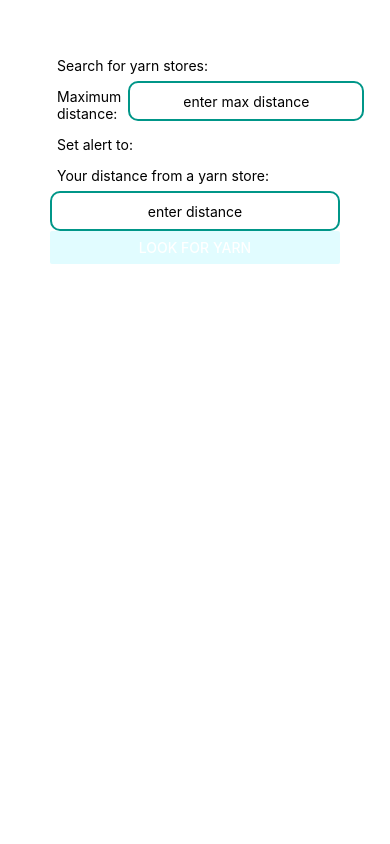
Repository: anuslorah/StashEnhancer
Screen: / (app in StashEnhancer1/)
An editor plug-in stored every save of this project. The screen is shown before and after a run of saves, followed by the edit.
The app was drawn by React Native's web renderer in a window 390 px wide. The project was rebuilt for these pictures with package versions that can differ from the ones it lists, and the page was loaded fresh each time.

Above is the screen before, as saved 2019-06-27 18:22:19.

After the next 2 saves:
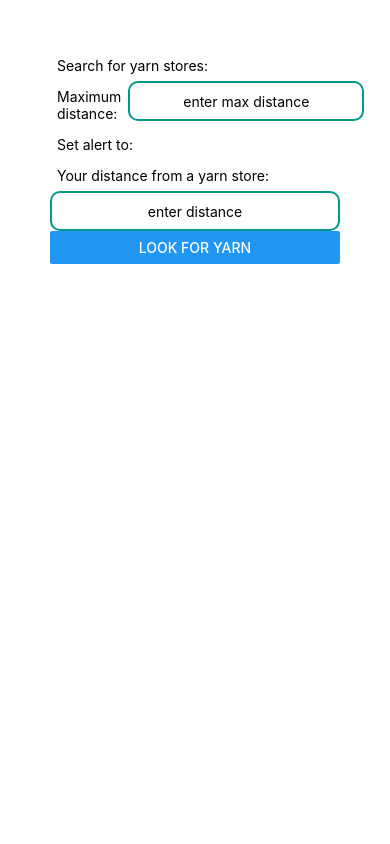
The 2 saves are shown as one change because 1 did not build or start.
The last was saved 116 s later.
--- a/StashEnhancer1/App.js
+++ b/StashEnhancer1/App.js
@@ -22,10 +22,9 @@
             style={styles.TextInputStyle}
             keyboardType={'numeric'}></TextInput>
       </View>
-      <Button
+      <Button style={styles.ButtonStyle}
         // onPress={onPressLearnMore}
         title="look for yarn"
-        color="#e1fcff"
         accessibilityLabel="search for yarn stores" />
     </View>
   );
@@ -50,6 +49,10 @@
     borderColor: '#009688',
     padding: 7
   },
+  ButtonStyle: {
+    color: '#e1fcff',
+    margin: 10
+  },
   row: {
     // flex: 1,
     flexDirection: 'row',

After the 2 saves that followed:
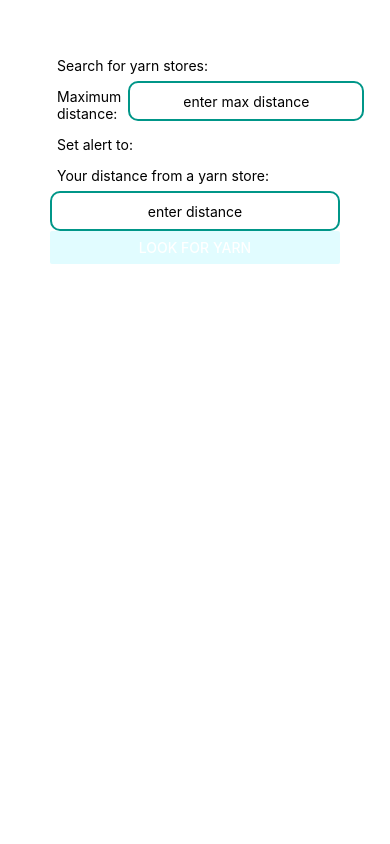
The 2 saves are shown as one change because 1 left the picture as it was.
The last was saved 64 s later.
--- a/StashEnhancer1/App.js
+++ b/StashEnhancer1/App.js
@@ -25,6 +25,7 @@
       <Button style={styles.ButtonStyle}
         // onPress={onPressLearnMore}
         title="look for yarn"
+        color="#e1fcff"
         accessibilityLabel="search for yarn stores" />
     </View>
   );
@@ -50,7 +51,6 @@
     padding: 7
   },
   ButtonStyle: {
-    color: '#e1fcff',
     margin: 10
   },
   row: {
